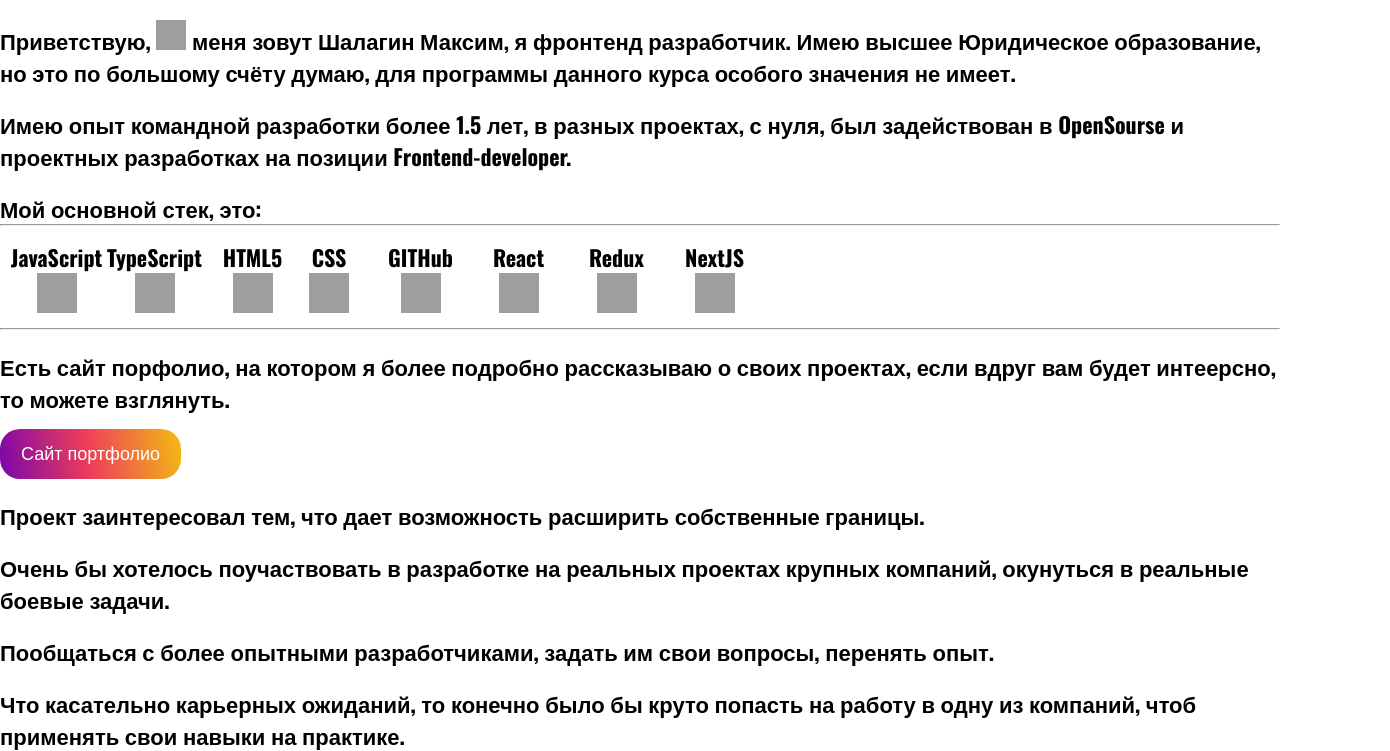
Repository: ni4egonepridumal/letter
Page: index.html
The author's editor kept a copy of each file at every save. The page is drawn from the files as they stood at one save, then again after the next save.
The browser window is 1280 px wide. The page is 1280 px wide, then 1390 px, then 1280 px, so the pictures cover 1390 px, including what lies to the right of the window. The pictures show the whole page.
Pictures or frames that could not be fetched are drawn as grey boxes.

Above is the page before, as saved 2024-01-18 18:14:09.

### index.html
<!DOCTYPE html>
<html lang="en">
  <head>
    <meta charset="UTF-8" />
    <meta name="viewport" content="width=device-width, initial-scale=1.0" />
    <link rel="stylesheet" href="style.css" />
    <link rel="preconnect" href="https://fonts.googleapis.com" />
    <link rel="preconnect" href="https://fonts.gstatic.com" crossorigin />
    <link
      href="https://fonts.googleapis.com/css2?family=Oswald:wght@200..700&display=swap"
      rel="stylesheet"
    />
    <title>Document</title>
  </head>
  <body>
    <div class="container">
      <div class="inner">
        <p>
          Приветствую,
          <span>
            <img
              src="https://upload.wikimedia.org/wikipedia/commons/thumb/1/17/Noto_Emoji_Pie_1f44b_1f3fb.svg/1024px-Noto_Emoji_Pie_1f44b_1f3fb.svg.png"
              width="30"
              height="30"
              alt="smile"
            /> </span
          >меня зовут Шалагин Максим, я фронтенд разработчик. Имею высшее
          Юридическое образование, но это по большому счёту думаю, для программы
          данного курса особого значения не имеет.
        </p>
        <p>
          Имею опыт командной разработки более 1.5 лет, в разных проектах, с
          нуля, был задействован в OpenSourse и проектных разработках на позиции
          Frontend-developer.
        </p>
        <p>Мой основной стек, это:</p>
        <hr />

        <div class="myScills">
          <div class="img">
            <label>JavaScript</label
            ><img
              src="https://raw.githubusercontent.com/devicons/devicon/master/icons/javascript/javascript-original.svg"
              alt="javascript"
              width="40"
              height="40"
            />
          </div>
          <div class="img">
            <label>TypeScript</label
            ><img
              src="https://raw.githubusercontent.com/devicons/devicon/master/icons/typescript/typescript-original.svg"
              alt="typescript"
              width="40"
              height="40"
            />
          </div>
          <div class="img">
            <label>HTML5</label
            ><img
              src="https://raw.githubusercontent.com/devicons/devicon/master/icons/html5/html5-original-wordmark.svg"
              alt="html5"
              width="40"
              height="40"
            />
          </div>
          <div class="img_css">
            <label>CSS</label
            ><img
              src="https://raw.githubusercontent.com/devicons/devicon/master/icons/css3/css3-original-wordmark.svg"
              alt="css3"
              width="40"
              height="40"
            />
          </div>
          <div class="img">
            <label>GITHub</label
            ><img
              src="https://raw.githubusercontent.com/devicons/devicon/master/icons/github/github-original.svg"
              alt="git"
              width="40"
              height="40"
            />
          </div>
          <div class="img">
            <label>React</label
            ><img
              src="https://raw.githubusercontent.com/devicons/devicon/master/icons/react/react-original-wordmark.svg"
              alt="react"
              width="40"
              height="40"
            />
          </div>
          <div class="img">
            <label>Redux</label
            ><img
              src="https://raw.githubusercontent.com/devicons/devicon/master/icons/redux/redux-original.svg"
              alt="redux"
              width="40"
              height="40"
            />
          </div>
          <div class="img">
            <label>NextJS</label
            ><img
              src="https://cdn.worldvectorlogo.com/logos/nextjs-2.svg"
              alt="nextjs"
              width="40"
              height="40"
            />
          </div>
        </div>
        <hr />

        <p>
          Есть сайт порфолио, на котором я более подробно рассказываю о своих
          проектах, если вдруг вам будет интеерсно, то можете взглянуть.
        </p>
        <div style="margin-top: 15px">
          <a
            class="href"
            href="https://portfolio-three-taupe-20.vercel.app/"
            target="_blank"
          >
            <button class="inner_href">Сайт портфолио</button>
          </a>
        </div>
        <p>
          Проект заинтересовал тем, что дает возможность расширить собственные
          границы.
        </p>
        <p>
          Очень бы хотелось поучаствовать в разработке на реальных проектах
          крупных компаний, окунуться в реальные боевые задачи.
        </p>
        <p>
          Пообщаться с более опытными разработчиками, задать им свои вопросы,
          перенять опыт.
        </p>
        <p>
          Что касательно карьерных ожиданий, то конечно было бы круто попасть на
          работу в одну из компаний, чтоб применять свои навыки на практике.
        </p>
      </div>
    </div>
  </body>
</html>

### style.css
* {
  margin: 0;
  padding: 0;
  box-sizing: border-box;
}

body {
  font-size: 22px;
  font-weight: 700;
  font-family: "Oswald", sans-serif;
}
p {
  margin-top: 20px;
}
.container {
  display: flex;
  justify-content: center;
}
.inner {
}
.myScills {
  display: flex;
  flex-wrap: wrap;
  margin: 15px 0;
}
.img {
  width: 83px;
  display: flex;
  justify-content: center;
  flex-wrap: wrap;
  margin-left: 15px;
}
.img_css {
  width: 70px;
  display: flex;
  justify-content: center;
  flex-wrap: wrap;
}
.inner_href {
  width: 181px;
  height: 50px;
  padding: 0 15px;
  border-radius: 20px;
  border: none;
  background: linear-gradient(
    78.55deg,
    #7a05ab 0%,
    #ee3d5a 48.44%,
    #f2bc12 100%
  );
  cursor: pointer;
  font-size: 18px;
  color: white;
}
.inner_href:hover {
  background: linear-gradient(
    264.48deg,
    #7a05ab 7.38%,
    #ee3d5a 47.97%,
    #f2bc12 91.19%
  );
}
.href {
  text-decoration: none;
  vertical-align: middle;
}

After the next save:
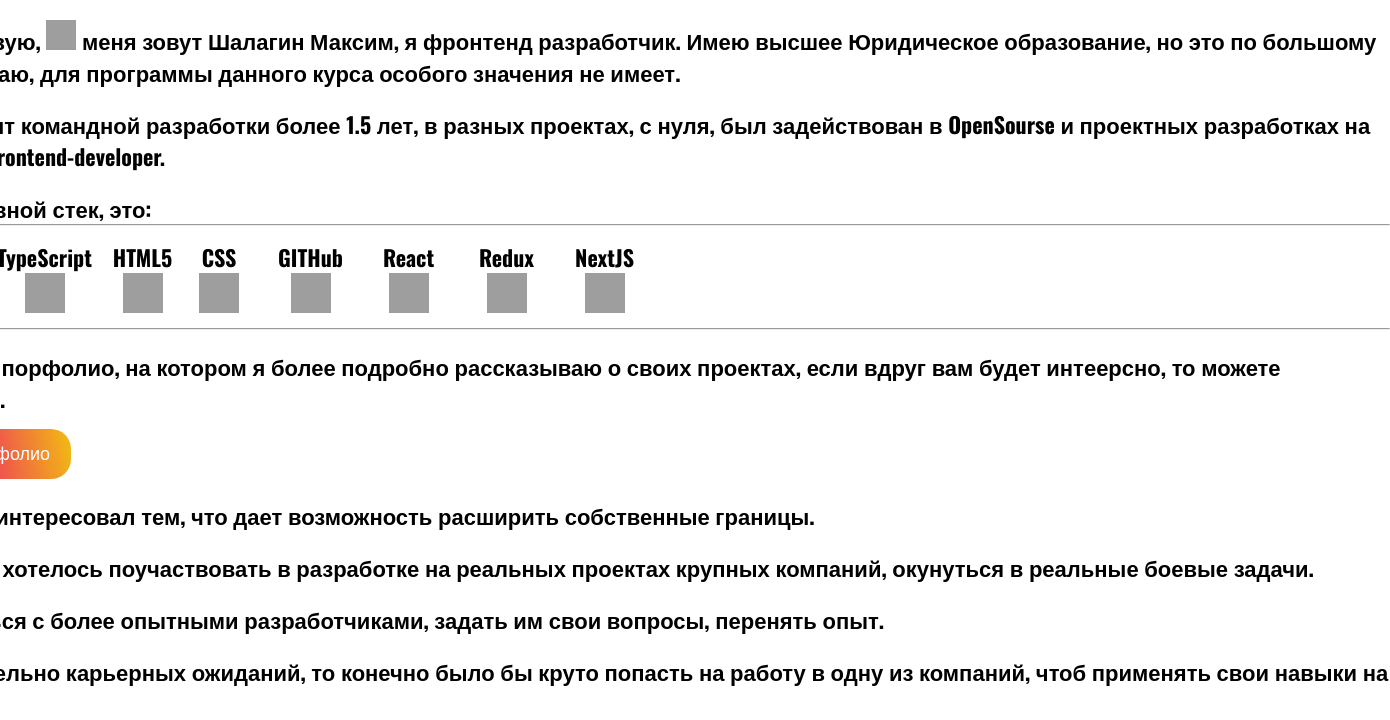
Saved 17 s later.
--- a/style.css
+++ b/style.css
@@ -17,6 +17,7 @@
   justify-content: center;
 }
 .inner {
+  min-width: 1500px;
 }
 .myScills {
   display: flex;

After the save that followed:
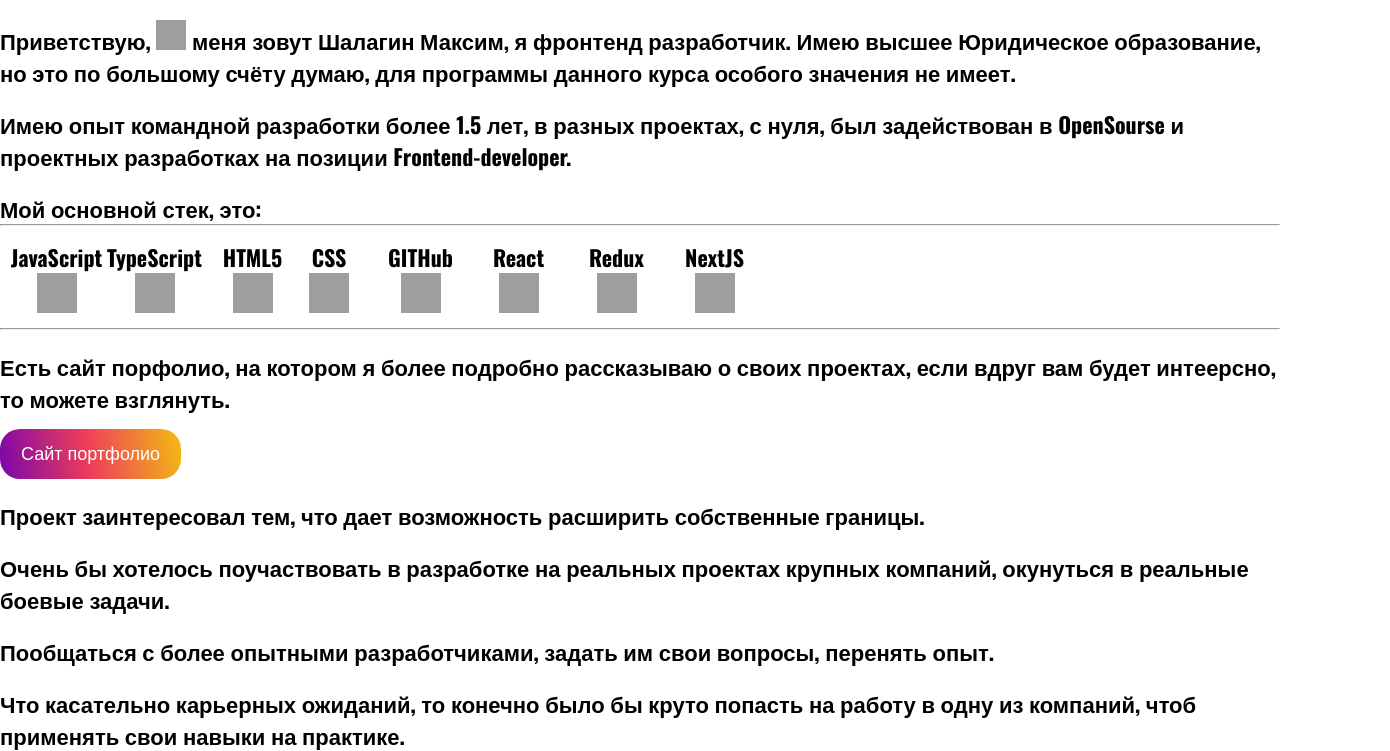
Saved 10 s later.
--- a/style.css
+++ b/style.css
@@ -17,7 +17,7 @@
   justify-content: center;
 }
 .inner {
-  min-width: 1500px;
+  max-width: 1500px;
 }
 .myScills {
   display: flex;
